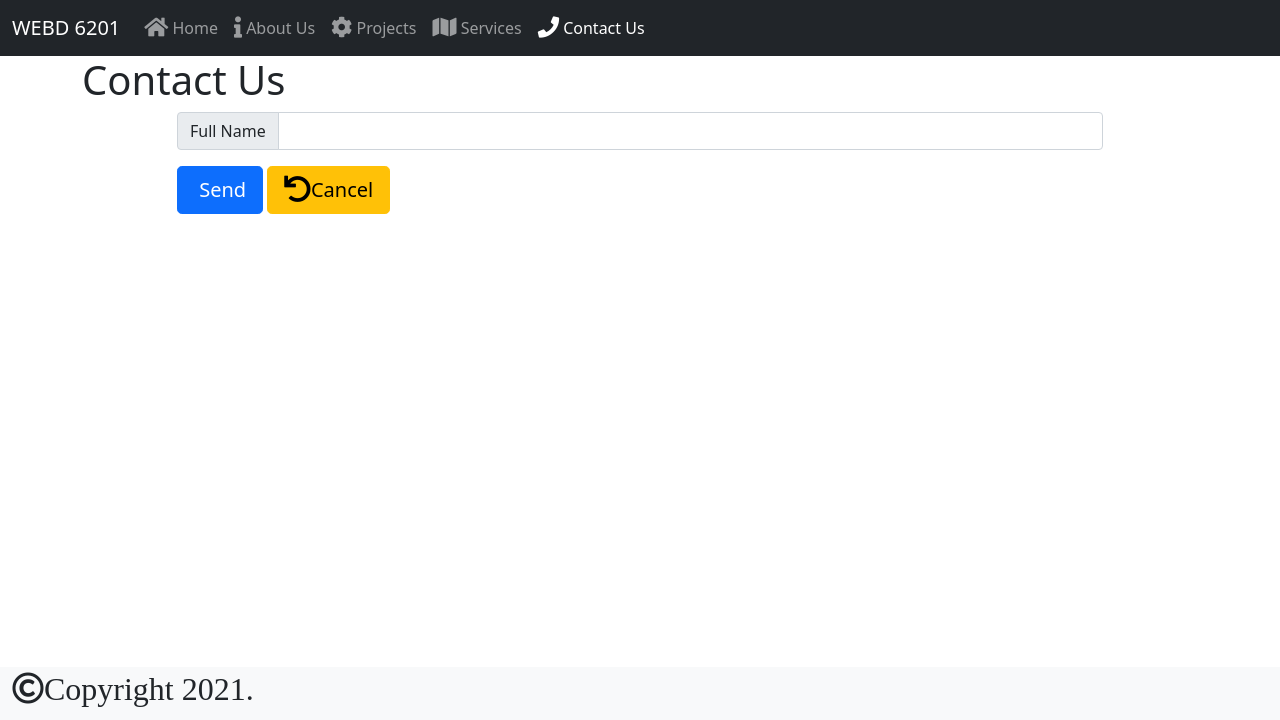
Repository: vans12345678/WEBD6201-W2021-Week3
Page: contact.html
These files come from the project's save history. The page is drawn as it stood at one moment and after the next save; the edit follows.
The browser window is 1280 px wide. The pictures show the whole page.

Above is the page before, as saved 2021-01-21 09:31:29.

After the next save:
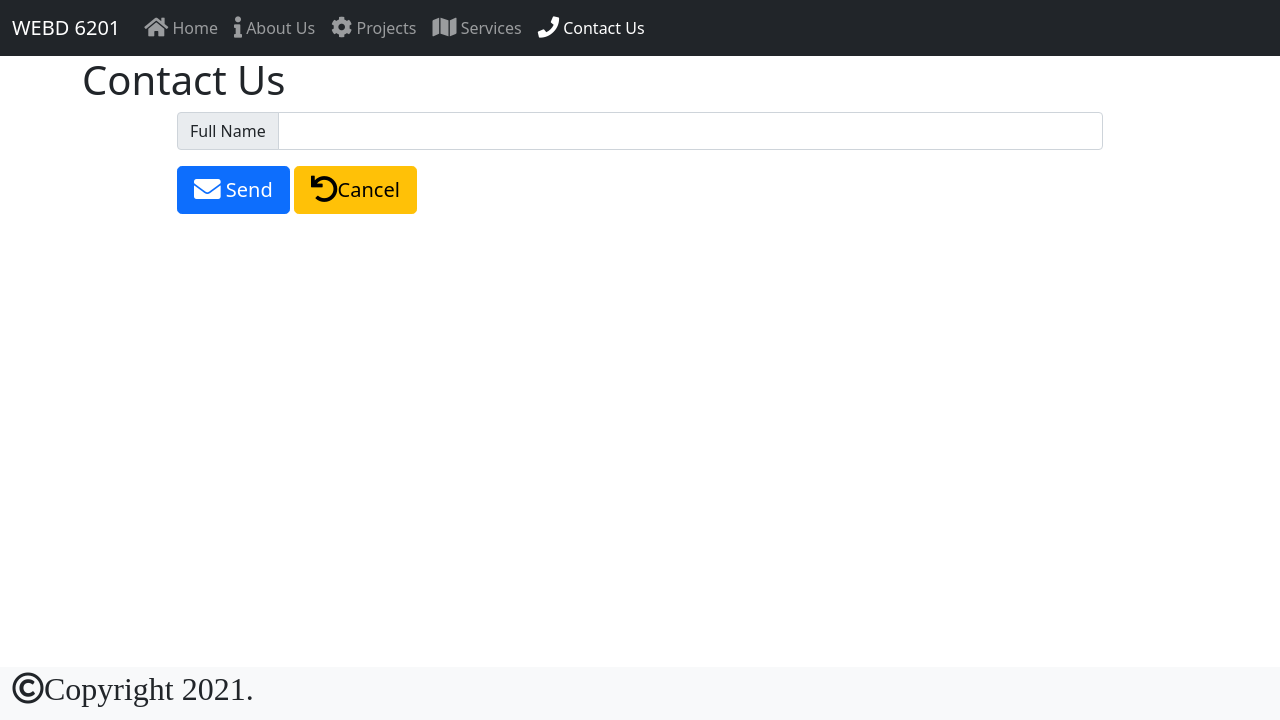
Saved 6 s later.
--- a/contact.html
+++ b/contact.html
@@ -57,7 +57,7 @@
               <input id = "fullName" type="text" class="form-control" aria-label="Full Name" aria-describedby="Full Name Input"
               name = "fullName" required>
             </div>
-          <button type="submit" class="btn btn-primary btn-lg"><i class="fas fa-envelop fa-lg"></i> Send</button>
+          <button type="submit" class="btn btn-primary btn-lg"><i class="fas fa-envelope fa-lg"></i> Send</button>
           <button type="reset" class="btn btn-warning btn-lg"><i class="fas fa-undo fa-lg"></i>Cancel</button>
         </form>
         </div>
